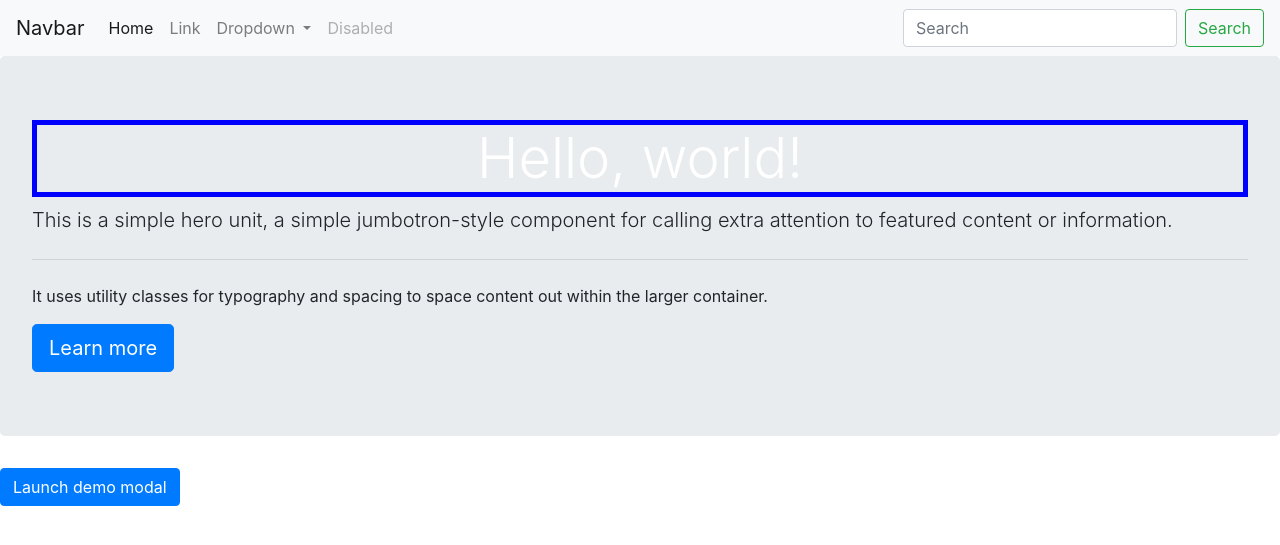
Repository: leloq/project.github.io
Page: bootstrap.html
The author's editor kept a record of every edit. The page is drawn from the files as they stood at one moment, then again after the next edit.
The browser window is 1280 px wide. The pictures show the whole page.

Above is the page before.

After the next edit:
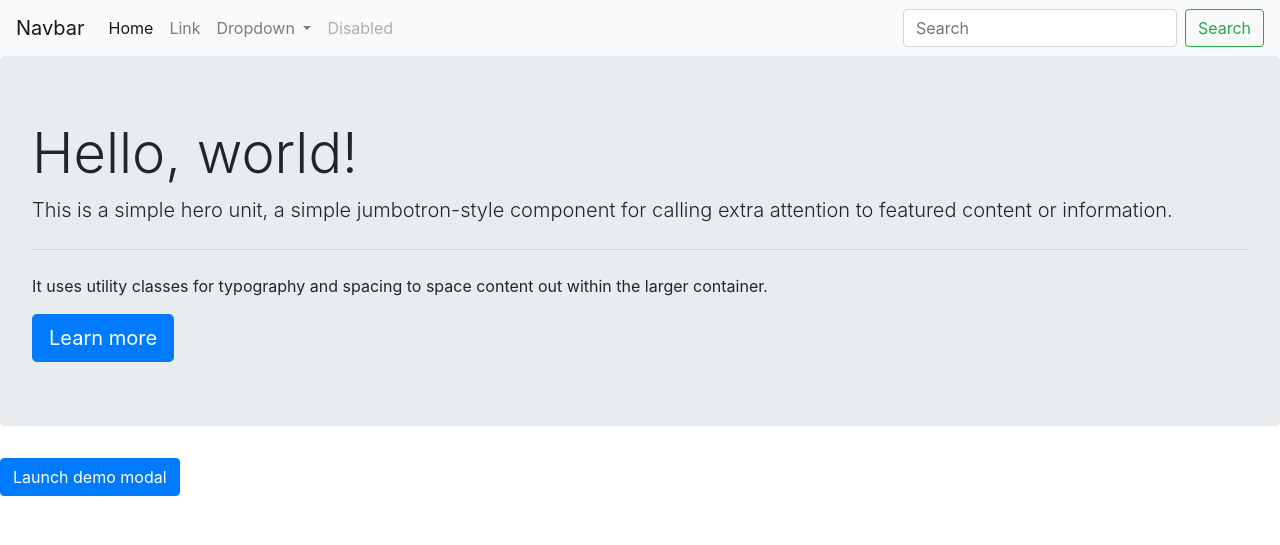
The edit:
--- a/bootstrap.html
+++ b/bootstrap.html
@@ -3,7 +3,6 @@
 <head>
 <meta charset="utf-8" />
 <title>Database Backend</title>
-<link rel="stylesheet" type="text/css" href="style.css">
 <link href="https://fonts.googleapis.com/css?family=Poiret+One&display=swap" rel="stylesheet">
 <link rel="stylesheet" href="https://stackpath.bootstrapcdn.com/bootstrap/4.3.1/css/bootstrap.min.css" integrity="sha384-ggOyR0iXCbMQv3Xipma34MD+dH/1fQ784/j6cY/iJTQUOhcWr7x9JvoRxT2MZw1T" crossorigin="anonymous">
 
